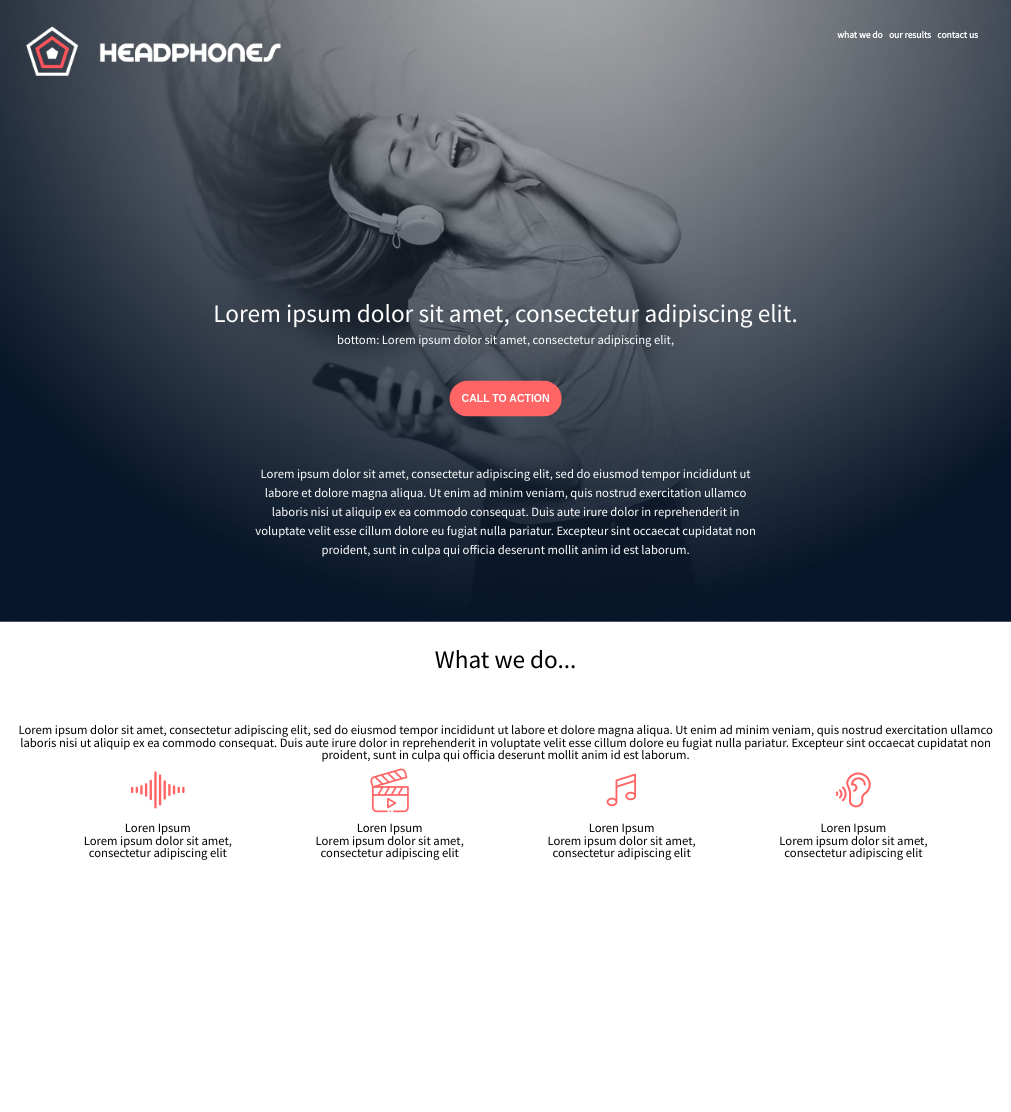
Repository: seleniadelgado/holbertonschool-web_front_end
Page: 0x09-implement_a_design_from_scratch/1-index.html
These files come from the project's save history. The page is drawn as it stood at one moment and after the next save; the edit follows.
The browser window is 1280 px wide. The pictures show the whole page, at 79% of full size.

Above is the page before, as saved 2020-03-21 20:42:54.

### 0x09-implement_a_design_from_scratch/1-index.html
<!DOCTYPE <!DOCTYPE html>
<head>
    <meta charset="utf-8">
    <title>Headphones</title>
    <meta name="description" content="">
    <meta name="viewport" content="width=device-width, initial-scale=1">
    <link rel="stylesheet" href="1-styles.css">
    <link rel="stylesheet" href="reset.css">
    <link rel="stylesheet" href="./holberton_school-icon/style.css">
    <link href="https://fonts.googleapis.com/css?family=Source+Sans+Pro&display=swap" rel="stylesheet">
</head>
<body>
<!-- nav bar -->
    <header>
        <div class="firstdiv">
            <nav>
                <input type="checkbox" id="menu">
                <label for="menu" id="nav-icon"></label>
                <div class="logo"><img href="active" href="#home"><img src="./images/logo_headphones.png" alt="logo"></a></div>
                <div class="main-nav">
                    <ul class="nav-header">
                        <li><a href="#what-we-do">what we do</a></li>
                        <li><a href="#our-results">our results</a></li>
                        <li><a href="#contact-us">contact us</a></li>
                    </ul>
                </div>
            </nav>
        </div>
<!-- Content -->
        <div class="seconddiv">
            <div class="text">
                <h1>Lorem ipsum dolor sit amet, consectetur adipiscing elit.</h1>
                <p>bottom: Lorem ipsum dolor sit amet, consectetur adipiscing elit, </p>
            </div>
        </div>
        <div class="thirddiv">
        <button id="button">CALL TO ACTION</button>
        <p class="longParagraph">Lorem ipsum dolor sit amet, consectetur adipiscing elit, sed do eiusmod tempor incididunt ut labore et dolore magna aliqua.
            Ut enim ad minim veniam, quis nostrud exercitation ullamco laboris nisi ut aliquip ex ea commodo consequat.
            Duis aute irure dolor in reprehenderit in voluptate velit esse cillum dolore eu fugiat nulla pariatur. Excepteur sint occaecat cupidatat non proident,
            sunt in culpa qui officia deserunt mollit anim id est laborum.</p>
            </div>
        </div>
    </div>
    </header>
    <div id="whatWeDo"></div>
        <div class="content">
            <h1>What we do...</h1>
            <p> Lorem ipsum dolor sit amet, consectetur adipiscing elit, sed do eiusmod tempor incididunt ut labore et dolore magna aliqua.
                Ut enim ad minim veniam, quis nostrud exercitation ullamco laboris nisi ut aliquip ex ea commodo consequat.
                Duis aute irure dolor in reprehenderit in voluptate velit esse cillum dolore eu fugiat nulla pariatur. Excepteur sint occaecat cupidatat non proident,
                sunt in culpa qui officia deserunt mollit anim id est laborum.
            </p>
            <div class="grid">
                <div>
                    <div class="icon, item holberton_school-icon-ic_sound"></div>
                    <h6>Loren Ipsum</h6>
                    <p>Lorem ipsum dolor sit amet,<br> consectetur adipiscing elit</p>
                </div>
                <div>
                    <div class="icon, item holberton_school-icon-ic_video"></div>
                    <h6>Loren Ipsum</h6>
                    <p>Lorem ipsum dolor sit amet, <br>consectetur adipiscing elit</p>
                </div>
                <div>
                    <div class="icon, item holberton_school-icon-ic_music"></div>
                    <h6>Loren Ipsum</h6>
                    <p>Lorem ipsum dolor sit amet, <br>consectetur adipiscing elit</p>
                </div>
                <div>
                    <div class="icon, item holberton_school-icon-ic_hearing"></div>
                    <h6>Loren Ipsum</h6>
                    <p>Lorem ipsum dolor sit amet, <br>consectetur adipiscing elit</p>
                </div>
            </div>
        </div>
    </div>





    </body>
</html>

### 0x09-implement_a_design_from_scratch/1-styles.css

:root {
    --font-size-sm: 12px;
    --font-size-md: 16px;
    --font-size-lg: 32px;
    --font-size-xl: 72px;
    --font-size-button: 14px;
    --color-primary-red: #FF6565;
    --color-body-white: white;
    --color-body-black: black;
    --font-family: 'Source Sans Pro', sans-serif;
}
/* header */
header {
    width: 100%;
    background: transparent;
    position: relative;
    color: var(--color-body-white);
    background-image: url("images/headphones_hero_1.jpg");
    background-repeat: no-repeat;
    background-size: cover;
    font-family: var(--font-family);
}
header .firstdiv {
    justify-content: space-between;
    align-content: space-between;
    padding: 2rem;
    flex-wrap: wrap;
}
header .firstdiv nav {
    width: 100%;
    display: flex;
    justify-content: space-between;
    align-content: space-between;
    position: relative;
}
a {
    margin: auto 1.25rem;
    color: var(--color-body-white);
    text-decoration: none;
    font-family: var(--font-family);
}
a:hover, a:active {
    color: var(--color-primary-red)
}
#menu {
    display: none;
    position: absolute;
}
#nav-icon {
    display: none;
    position: absolute;
}
.logo {
    float: left;
}

.nav-header {
    display: inline-flex;
    margin: auto 0;
    list-style-type: none;
    font-size: var(--font-size-sm);
    font-weight: bolder;
    font-family: var(--font-family);
}
.main-nav ul {
    border: 6px transparent solid;
    justify-content: space-between;
}
.main-nav ul li a {
    border: 4px transparent solid;
    font-family: var(--font-family);

}

/* nav */
.seconddiv {
    text-align: center;
}
.thirddiv {
    text-align: center;
}
/*text */
.text {
    padding-top: 20%;
    text-align: center;
    line-height: 32px;
}
.text h1 {
    font-size: var(--font-size-md);
    color: var(--color-body-white);
}
.text p {
    font: var(--font-size-sm);
    color: var(--color-body-white);
}

/* button */
#button {
    padding: 15px;
    margin-top: 40px;
    margin-bottom: 60px;
    border-radius: 4em;
    background-color: #FF6565;
    box-shadow: var(--color-body-black);
    border-style: none;
    color: var(--color-body-white);
    font-weight: bolder;
}
#button:hover {
    opacity: 0.9;
}
/* end button */
/* start longparagraph */
.longParagraph {
    display: flex;
    margin: auto;
    margin: 0% 25% 0% 25%;
    line-height: 24px;
    font-family: var(--font-family);
    font-size: var(--font-size-md);
    color: var(--color-body-white);
    padding-bottom: 5em;
}

/* end longparagraph */
/* media query for screens less than 480px */
@media (max-width: 480px)
{
    header nav {
      flex-direction: column;
      align-items: center;
    }
    .logo {
      width: 50%;
      height: auto;
    }
    .nav-header {
      display: none;
      width: 100%;
      flex-direction: column;
      margin: 1rem auto;
      text-align: center;
      font-weight: bold;
      font-size: var(--font-size-btn);
      float: right;
      display: inline-flex;
      margin-right: 10%;
    }
    .nav-header li {
      width: 100%;
      margin: 0.5rem auto;
      padding-right: 50px;
      font-family: var(--font-family);
    }
    #nav-icon {
        background: var(--color-body-white);
        height: 2px;
        width: 13px;
        position: absolute;
        left: 1rem;
        top: 18px;
        display: block;
    }

    #nav-icon::before {
        content: "";
        background: var(--color-body-white);
        height: 2px;
        width: 20px;
        position: relative;
        top: -0.4rem;
        display: block;
        transition: all 0.2s ease;
    }

    #nav-icon::after {
        content: "";
        background: var(--color-body-white);
        height: 2px;
        width: 18px;
        position: relative;
        top: 0.3rem;
        display: block;
        transition: all 0.2s ease;
    }

    #menu:checked ~ .nav-header {
        display: inline-flex;
    }

    #menu:checked ~ #nav-icon {
        background: transparent;
    }

    #menu:checked ~ #nav-icon::before {
        transform: rotate(45deg);
        top: 3px;
        margin: auto;
    }

    #menu:checked ~ #nav-icon::after {
        width: 20px;
        transform: rotate(-45deg);
        top: 1px;
        margin: auto;
    }
}
.text {
    font-family: var(--font-family);
    line-height: 24px;
}
.text h1 {
    font-size: var(--font-size-lg);
    margin-bottom: 10;
}
.text p {
    font-size: var(--font-size-md);
}
/* menu btn ends */
.content {
    display: grid;
    text-align: center;
    font-family: var(--font-family);
    margin-bottom: 20em;
}
.grid {
    display: flex;
    flex-wrap: wrap;
    justify-content: space-evenly;
}
.item {
    color: var(--color-primary-red);
    font-size: var(--font-size-xl);
    margin: 2px;
}

.item h6, p {
    color: var(--color-body-black);
    font-size: var(--font-size-sm);

}
#whatWeDo {
    margin-top: 2em;
    font-family: var(--font-family);

}
.content h1 {
    font-size: var(--font-size-lg);
    margin-bottom: 2em;
}
.content p {
    text-align: center;
    font-size: var(--font-size-md);

}

### 0x09-implement_a_design_from_scratch/holberton_school-icon/style.css
@font-face {
  font-family: 'holberton_school-icon';
  src:  url('fonts/holberton_school-icon.eot?sq4eq4');
  src:  url('fonts/holberton_school-icon.eot?sq4eq4#iefix') format('embedded-opentype'),
    url('fonts/holberton_school-icon.ttf?sq4eq4') format('truetype'),
    url('fonts/holberton_school-icon.woff?sq4eq4') format('woff'),
    url('fonts/holberton_school-icon.svg?sq4eq4#holberton_school-icon') format('svg');
  font-weight: normal;
  font-style: normal;
  font-display: block;
}

[class^="holberton_school-icon-"], [class*=" holberton_school-icon-"] {
  /* use !important to prevent issues with browser extensions that change fonts */
  font-family: 'holberton_school-icon' !important;
  speak: none;
  font-style: normal;
  font-weight: normal;
  font-variant: normal;
  text-transform: none;
  line-height: 1;

  /* Better Font Rendering =========== */
  -webkit-font-smoothing: antialiased;
  -moz-osx-font-smoothing: grayscale;
}

.holberton_school-icon-arrow_1:before {
  content: "\e900";
}
.holberton_school-icon-arrow_2:before {
  content: "\e901";
}
.holberton_school-icon-arrow_3:before {
  content: "\e902";
}
.holberton_school-icon-arrow_4:before {
  content: "\e903";
}
.holberton_school-icon-arrow_5:before {
  content: "\e904";
}
.holberton_school-icon-check:before {
  content: "\e905";
}
.holberton_school-icon-ic_bag:before {
  content: "\e906";
}
.holberton_school-icon-ic_cart:before {
  content: "\e907";
}
.holberton_school-icon-ic_facebook:before {
  content: "\e908";
}
.holberton_school-icon-ic_hearing:before {
  content: "\e909";
}
.holberton_school-icon-ic_instagram:before {
  content: "\e90a";
}
.holberton_school-icon-ic_laptop:before {
  content: "\e90b";
}
.holberton_school-icon-ic_money:before {
  content: "\e90c";
}
.holberton_school-icon-ic_music:before {
  content: "\e90d";
}
.holberton_school-icon-ic_sound:before {
  content: "\e90e";
}
.holberton_school-icon-ic_twitter:before {
  content: "\e90f";
}
.holberton_school-icon-ic_video:before {
  content: "\e910";
}
.holberton_school-icon-menu:before {
  content: "\e911";
}
.holberton_school-icon-search_1:before {
  content: "\e912";
}
.holberton_school-icon-search_2:before {
  content: "\e913";
}
.holberton_school-icon-star:before {
  content: "\e914";
}

Loaded but not shown: 0x09-implement_a_design_from_scratch/reset.css (common file)

After the next save:
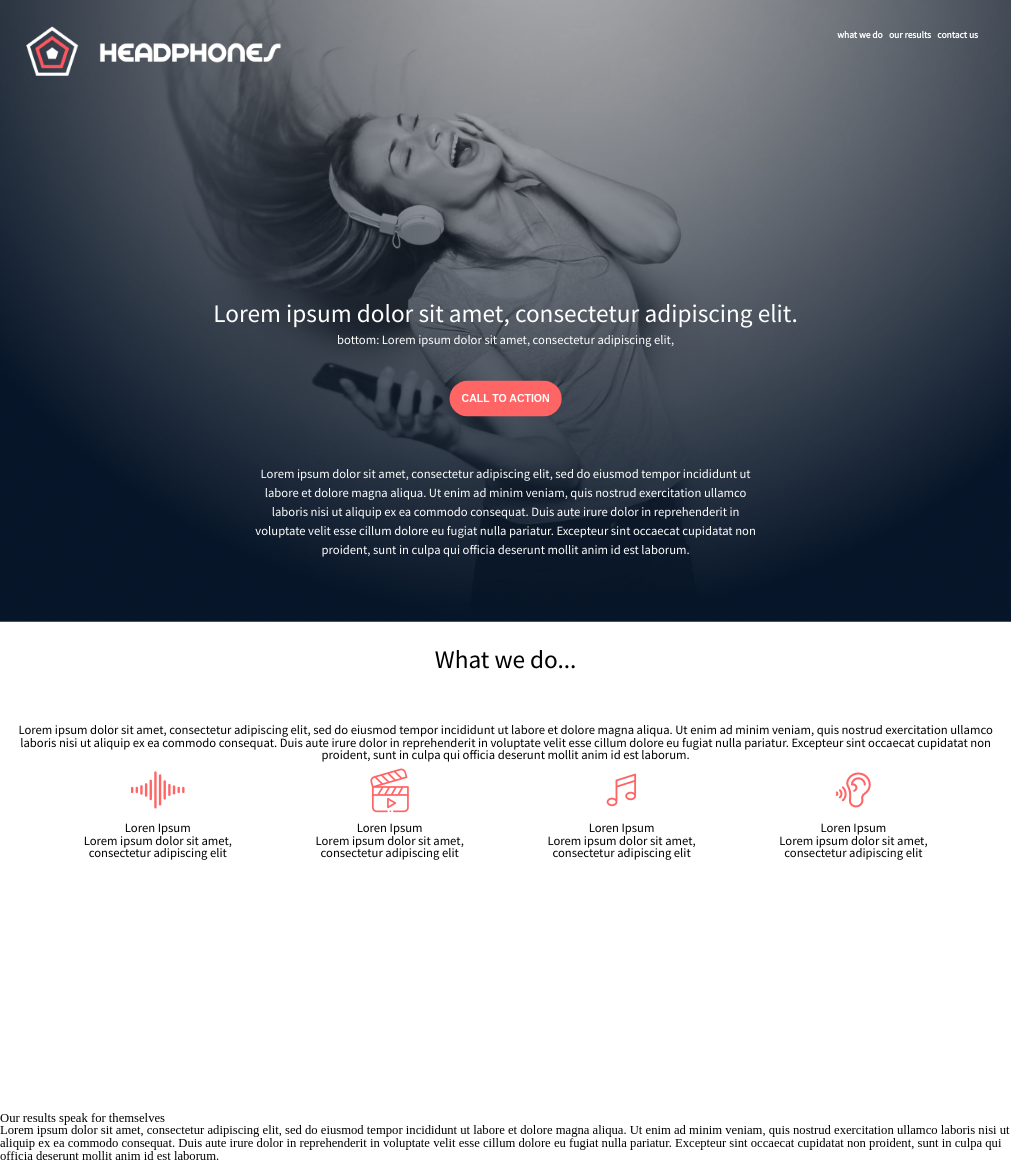
Saved 5 min 16 s later.
--- a/0x09-implement_a_design_from_scratch/1-index.html
+++ b/0x09-implement_a_design_from_scratch/1-index.html
@@ -75,6 +75,15 @@
             </div>
         </div>
     </div>
+    <div class="results">
+        <h1>Our results speak for themselves</h1>
+        <p>Lorem ipsum dolor sit amet, consectetur adipiscing elit, sed do eiusmod tempor incididunt ut labore et dolore magna aliqua.
+            Ut enim ad minim veniam, quis nostrud exercitation ullamco laboris nisi ut aliquip ex ea commodo consequat.
+            Duis aute irure dolor in reprehenderit in voluptate velit esse cillum dolore eu fugiat nulla pariatur. Excepteur sint occaecat cupidatat non proident,
+            sunt in culpa qui officia deserunt mollit anim id est laborum.
+        </p>
+
+    </div>
 
 
 
